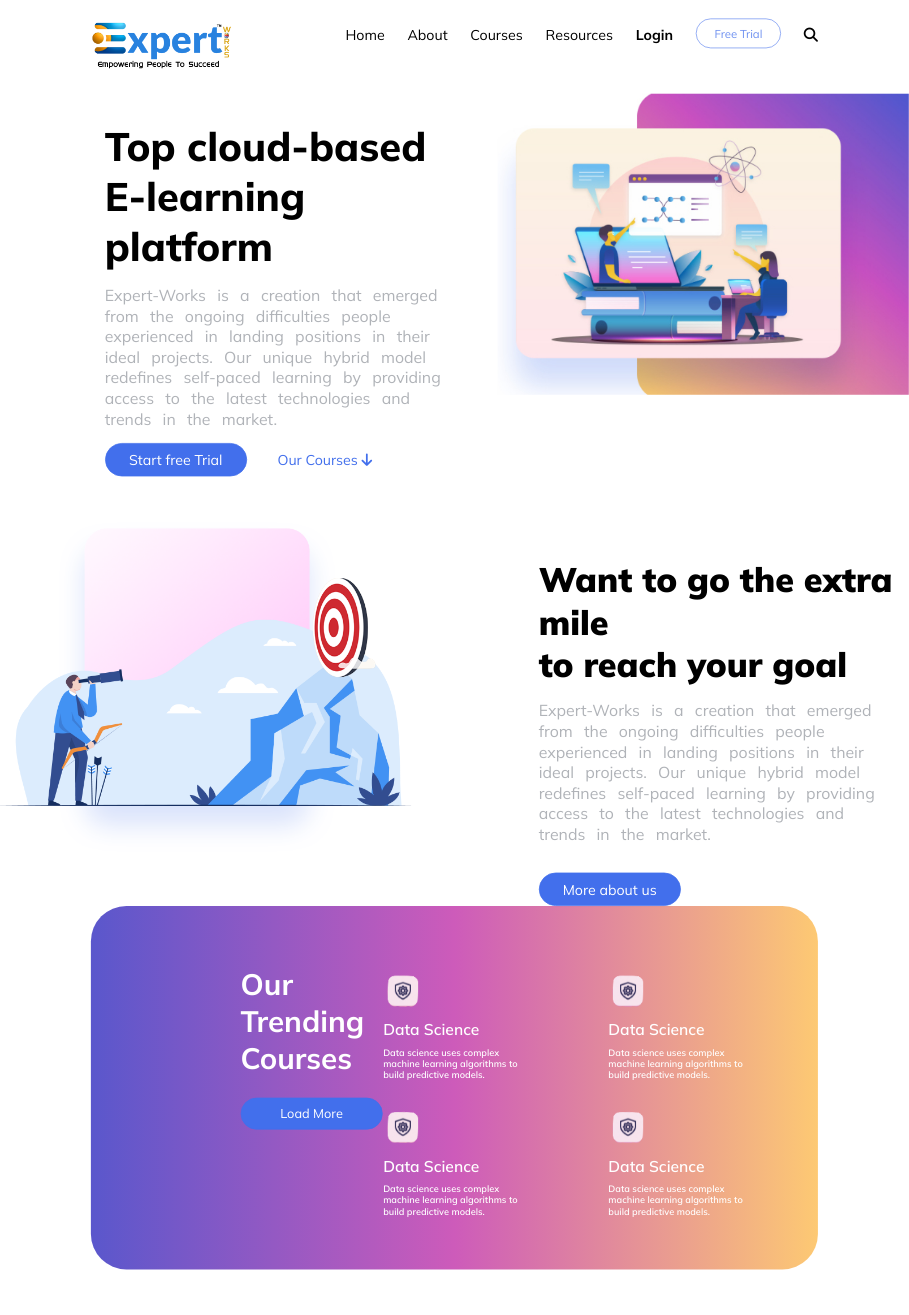
Repository: FlyweisReact/Raghu-B2C
Page: /homePage
An editor plug-in stored every save of this project. The page is shown before and after the next save, followed by the edit.
The browser window is 1280 px wide. The pictures show the whole page, at 71% of full size.
Some web libraries are served in a nearby version. The project was rebuilt for these pictures with package versions that can differ from the ones it lists, and the page was loaded fresh each time. Also part of the build but not shown: src/Footer/footer.scss, src/Footer/Footer.jsx, src/component/pages/courses/course.scss, src/component/Navbar/nav.scss, src/component/Navbar/Nav.jsx, src/component/navigation/NavItems.js, src/component/navigation/Dropdown.css, src/component/navigation/Dropdown.js and 43 more.

Above is the page before, as saved 2023-02-03 16:14:51.

### public/index.html
<!DOCTYPE html>
<html lang="en">
  <head>
    <meta charset="utf-8" />
    <link rel="icon" href="%PUBLIC_URL%/favicon.ico" />
    <meta name="viewport" content="width=device-width, initial-scale=1" />
    <meta name="theme-color" content="#000000" />
    <meta
      name="description"
      content="Web site created using create-react-app"
    />
    <link rel="apple-touch-icon" href="%PUBLIC_URL%/logo192.png" />
    <link href="https://fonts.googleapis.com/css2?family=Mulish:ital,wght@0,200;0,300;0,400;0,500;0,600;0,700;0,800;0,900;1,200;1,300;1,400;1,500;1,600;1,700;1,800&display=swap" rel="stylesheet">
    <link rel="manifest" href="%PUBLIC_URL%/manifest.json" />
    <title>Educational Web</title>
  </head>
  <body>
    <noscript>You need to enable JavaScript to run this app.</noscript>
    <div id="root"></div>
    <script src="https://kit.fontawesome.com/b533b351e4.js" crossorigin="anonymous"></script>
  </body>
</html>

### src/index.js
/** @format */

import React from "react";
import ReactDOM from "react-dom";
import { BrowserRouter } from "react-router-dom";
import App from "./App";

ReactDOM.render(
  <React.StrictMode>
    <BrowserRouter>
      <App />
    </BrowserRouter>
  </React.StrictMode>,
  document.getElementById("root")
);

### src/App.js
/** @format */

import { Routes, Route } from "react-router-dom";
import "./App.css";
import "./component/common.scss";
import Courses from "./component/pages/courses/Courses";
import Home from "./component/Home";
import Programs from "./component/pages/Programs/Programs";
import Login from "./component/pages/LoginPage/Login";
import CreateAccount from "./component/pages/CreateAccount/CreateAccount";
import UsertakenCourses from "./component/pages/UserTakenCourses/UsertakenCourses";
import ExploreMore from "./component/pages/morecourses/ExploreMore";
import Forgot from "./component/pages/forgotPassword/Forgot";
import OTP from "./component/pages/otp/OTP";
import Reset from "./component/pages/reset/Reset";
import ViewCourses from "./component/pages/viewCourses/ViewCourses";
import SignUpOtp from "./component/pages/signUpOtp/SignUpOtp"
import MyCourse from "./component/pages/Mycourse/MyCourse";
import MyCourseDesc from "./component/pages/Mycourse/MyCourseDesc";
import FreeTrial from "./component/pages/FreeTrial/FreeTrial";
import Subscription from "./component/pages/FreeTrial/Subscription";
import Billing from "./component/pages/FreeTrial/Billing";
import ThankYOu from "./component/pages/FreeTrial/ThankYOu";
import HomePage from "./HomePage";

function App() {
  const user = false;

  return (
    <div className="App">
      <Routes>
        <Route exect path="/" element={<Login />} />
        <Route exect path="/emailVerify" element={<Forgot />} />
        <Route exect path="/otp" element={<OTP />} />
        <Route exect path="/reset" element={<Reset />} />
        <Route exect path="/cources" element={<Courses />} />
        <Route exect path="/viewCourses" element={<ViewCourses />} />
        <Route exect path="/program" element={<Programs />} />
        <Route exect path="/home" element={<Home user={user} />} />
        <Route exect path="/create-acount" element={<CreateAccount />} />
        <Route exect path="/signUpOtp" element={<SignUpOtp />} />
        <Route exect path="/user" element={<UsertakenCourses />} />
        <Route exect path="/explore" element={<ExploreMore />} />
        <Route exect path="/myCourse" element={<MyCourse />} />
        <Route exect path="/myCourse/:id" element={<MyCourseDesc />} />
        <Route  exect path="/trial" element={<FreeTrial />} />
        <Route  exect path="/subscription" element={<Subscription />} />
        <Route  exect path="/billing" element={<Billing />} />
        <Route  exect path="/thank" element={<ThankYOu />} />
        <Route  exect path="/homePage" element={<HomePage />} />





      </Routes>
    </div>
  );
}

export default App;

### src/App.css
*{
  margin: 0;
  padding: 0;
  box-sizing: border-box;
  font-family: 'Mulish', sans-serif;
}
.hello{
  color:#7ABCFF;
color:  #3284D6;
color:  #D1E8FF;

}

### src/component/common.scss
.links{
    text-decoration: none;
    color: #fff;
    overflow-x: hidden;
}

*{
    // overflow-x: hidden;
    scroll-behavior: smooth;
}

### src/HomePage.js
/** @format */

import React from "react";
import "./HomePage.css";
// Images
import img from "./images/logo.png";
import img1 from './images/1st image.png'
import img2 from './images/2nd image.png'
import img3 from './images/Home.png'
import img4 from './images/icon.png'


const HomePage = () => {
  return (
    <>
      <div className="HomeNewnav">
        <div className="left">
          <img src={img} alt="" />
        </div>
        <div className="right">
          <ul>
            <li>Home</li>
            <li>About </li>
            <li>Courses</li>
            <li>Resources</li>
            <li style={{ fontWeight: "bold" }}>Login</li>
            <button>Free Trial</button>
            <li>
              <i class="fa-solid fa-magnifying-glass"></i>
            </li>
          </ul>
        </div>
      </div>

      <div className="mainSecTwo">
        <div className="left">
          <p className="head">
            Top cloud-based <br /> E-learning platform{" "}
          </p>
          <p className="desc">
            Expert-Works is a creation that emerged from the ongoing
            difficulties people experienced in landing positions in their ideal
            projects. Our unique hybrid model redefines self-paced learning by
            providing access to the latest technologies and trends in the
            market.
          </p>
          <div className="btns">
            <button
              style={{
                backgroundColor: "#426fec",
                color: "#fff",
                width: "200px",
                border: "1px solid #426fec",
                fontSize: "20px",
                borderRadius: "50px",
                padding: "10px",
              }}
            >
              Start free Trial
            </button>
            <button
              style={{
                backgroundColor: "#fff",
                color: "#426fec",
                width: "200px",
                border: "none",
                fontSize: "20px",
                borderRadius: "50px",
                padding: "10px",
              }}
            >
              Our Courses <i class="fa-solid fa-arrow-down"></i>
            </button>
          </div>
        </div>
        <div className="right">
          <img
            src={img3}
            alt=""
          />
        </div>
      </div>

      <div className="mainSecTwo2">
        <div className="left">
          <img
            src={img2}
            alt=""
          />
        </div>
        <div className="right">
          <p className="head">
            Want to go the extra mile <br />
            to reach your goal
          </p>
          <p className="desc">
            Expert-Works is a creation that emerged from the ongoing
            difficulties people experienced in landing positions in their ideal
            projects. Our unique hybrid model redefines self-paced learning by
            providing access to the latest technologies and trends in the
            market.
          </p>
          <div className="btns">
            <button
              style={{
                backgroundColor: "#426fec",
                color: "#fff",
                width: "200px",
                border: "1px solid #426fec",
                fontSize: "20px",
                borderRadius: "50px",
                padding: "10px",
              }}
            >
              More about us
            </button>
          </div>
        </div>
      </div>

      <div className="centerMainDiv">
        <div className="left">
          <p className="head">
            Our <br /> Trending <br /> Courses
          </p>{" "}
          <button
            style={{
              backgroundColor: "#426fec",
              color: "#fff",
              width: "200px",
              border: "1px solid #426fec",
              fontSize: "18px",
              borderRadius: "50px",
              padding: "10px",
              marginTop : '30px'
            }}
          >
           Load More
          </button>
        </div>
        <div className="right">
            <div className="group">
                <div>
                    <img src={img4} alt='' />
                    <p className="head">Data Science</p>
                    <p className="desc">Data science uses complex machine learning algorithms to build predictive models.</p>
                </div>
                <div>
                    <img src={img4} alt='' />
                    <p className="head">Data Science</p>
                    <p className="desc">Data science uses complex machine learning algorithms to build predictive models.</p>
                </div>
            </div>
            <div className="group">
                <div>
                    <img src={img4} alt='' />
                    <p className="head">Data Science</p>
                    <p className="desc">Data science uses complex machine learning algorithms to build predictive models.</p>
                </div>
                <div>
                    <img src={img4} alt='' />
                    <p className="head">Data Science</p>
                    <p className="desc">Data science uses complex machine learning algorithms to build predictive models.</p>
                </div>
            </div>
        </div>
      </div>
    </>
  );
};

export default HomePage;

### src/HomePage.css
/** @format */

.HomeNewnav {
  display: flex;
  justify-content: space-between;
  width: 80%;
  margin-left: 10%;
  margin-top: 2%;
}
.HomeNewnav .left img {
  width: 200px;
}
.HomeNewnav .right ul {
  display: flex;
  gap: 2rem;
}
.HomeNewnav .right ul li {
  list-style: none;
  font-size: 20px;
  margin-top: 10px;
}
.HomeNewnav .right ul button {
  width: 120px;
  font-size: 16px;
  margin-top: 0;
  border: 1px solid #6e90f0;
  color: #6e90f0;
  background-color: #fff;

  padding: 10px;
  border-radius: 50px;
}
.HomeNewnav .right ul li:hover {
  color: #6e90f0;
  cursor: pointer;
}

.mainSecTwo {
  display: flex;
  margin-top: 2%;
  gap: 2rem;
  justify-content: space-between;
}
.mainSecTwo .left {
  width: 50%;
  margin-left: 7%;
  margin-top: 3%;
}
.mainSecTwo .right {
  width: 50%;
}
.mainSecTwo .right img {
  width: 100%;
}
.mainSecTwo .left .head {
  font-size: 3.5rem;
  font-weight: 800;
  margin-left: 10%;
}
.mainSecTwo .left .desc {
  width: 500px;
  word-spacing: 10px;
  font-size: 1.4rem;
  margin-top: 20px;
  margin-left: 10%;
  color: #b0b3b8;
}
.mainSecTwo .left .btns {
  display: flex;
  gap: 10px;
  margin-left: 10%;
  margin-top: 20px;
}

.mainSecTwo2 {
  display: flex;
  margin-top: 5%;
  gap: 2rem;
  justify-content: space-between;
}
.mainSecTwo2 .right {
  width: 50%;
  margin-top: 4%;
  margin-left: 7%;
}
.mainSecTwo2 .left {
  width: 50%;
}
.mainSecTwo2 .left img {
  width: 100%;
}
.mainSecTwo2 .right .head {
  font-size: 3rem;
  font-weight: 900;
  margin-left: 10%;
}
.mainSecTwo2 .right .desc {
  width: 500px;
  word-spacing: 10px;
  font-size: 1.4rem;
  margin-top: 20px;
  margin-left: 10%;
  color: #b0b3b8;
}
.mainSecTwo2 .right .btns {
  display: flex;
  gap: 10px;
  margin-left: 10%;
  margin-top: 40px;
}

.centerMainDiv {
  width: 80%;
  background-image: linear-gradient(to right, #5a57cc, #cd5bba, #fdc973);
  margin: auto;
  border-radius: 50px;
  padding: 10px;
  display:  flex;
  margin-bottom: 5%;
  justify-content: space-between;
  padding-bottom: 5%;
  padding-top: 5%;
}
.centerMainDiv .left {
    margin-top: 2%;
    color: #fff;
    font-size: 2.6rem;
    font-weight: bold;
    margin-left: 20%;
    width: 40%;
}
.centerMainDiv .right{
    width: 60%;
}
.centerMainDiv .right .group{
    display: flex;
    justify-content: flex-end;
    gap: 2rem;
    margin-top: 5%;
}
.centerMainDiv .right .group div{
    width: 300px;
}
.centerMainDiv .right .group div .head{
    color: #fff;
    font-size: 22px;
    margin-top: 10px;
    margin-bottom: 10px;
    font-weight: 600;
}
.centerMainDiv .right .group div .desc{
    color: #fff;
    font-size: 13px;
    max-width: 200px;
    margin-top: 10px;
    margin-bottom: 10px;
    font-weight: 600;
}

Loaded but not shown: src/component/pages/viewCourses/viewCourses.css (no stored copy; drawn as an empty file)

After the next save:
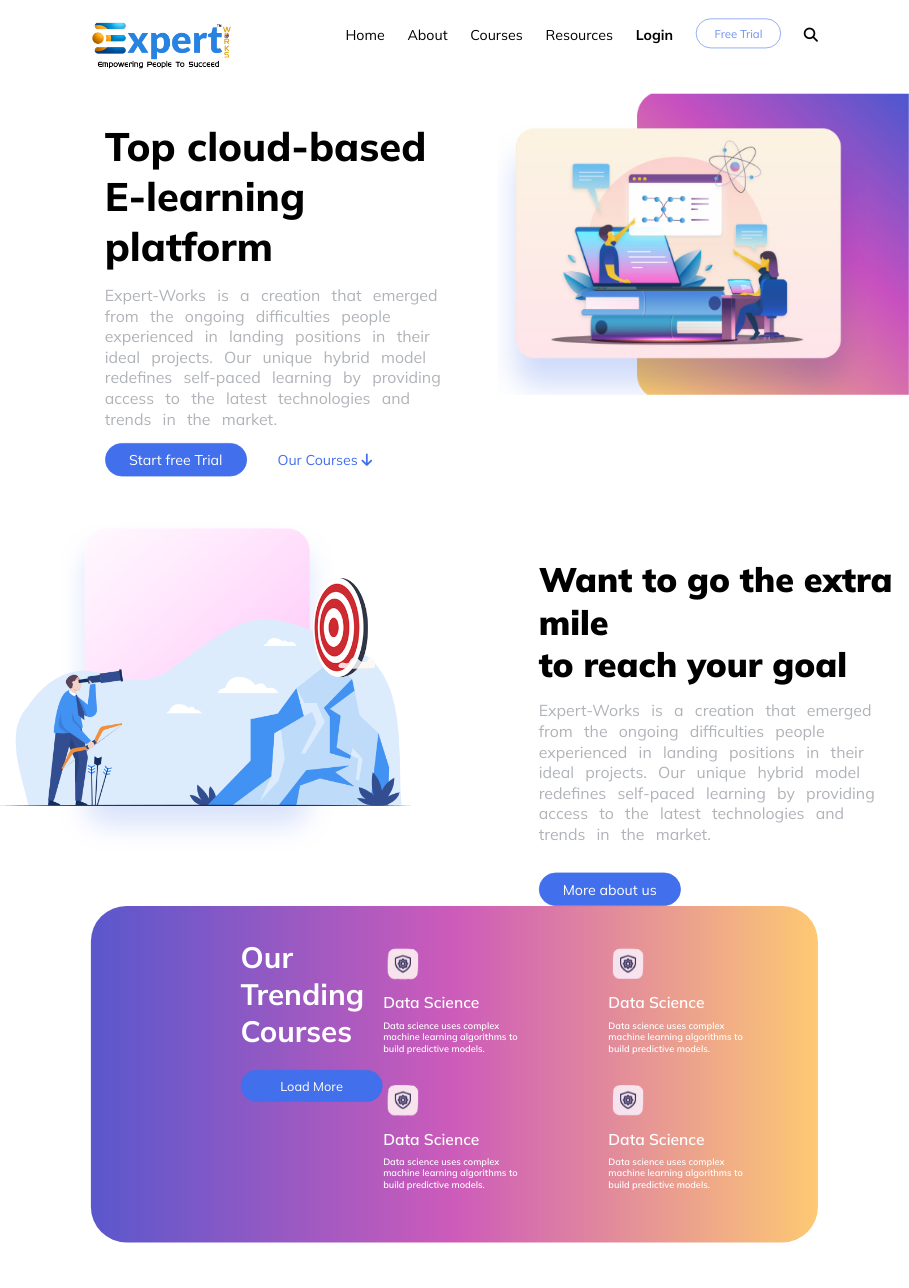
Saved 11 s later.
--- a/src/HomePage.css
+++ b/src/HomePage.css
@@ -119,7 +119,7 @@
   margin-bottom: 5%;
   justify-content: space-between;
   padding-bottom: 5%;
-  padding-top: 5%;
+  padding-top: 2%;
 }
 .centerMainDiv .left {
     margin-top: 2%;
